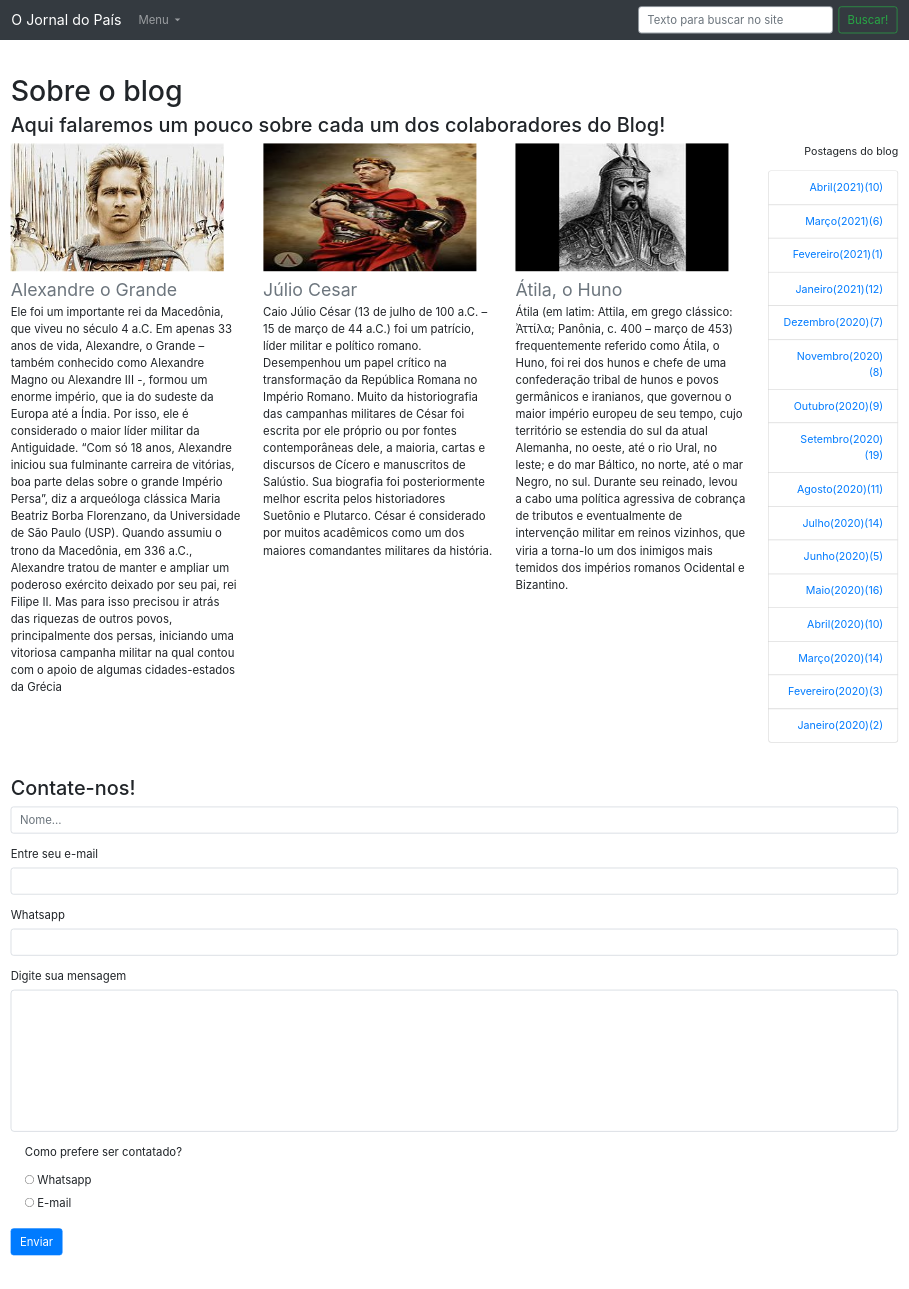
Repository: xhenrique/blog_layout_bootstrap
Page: source/sobre.html
An editor plug-in stored every save of this project. The page is shown before and after the next save, followed by the edit.
The browser window is 1280 px wide. The pictures show the whole page, at 71% of full size.

Above is the page before, as saved 2021-04-25 01:31:30.

After the next save:
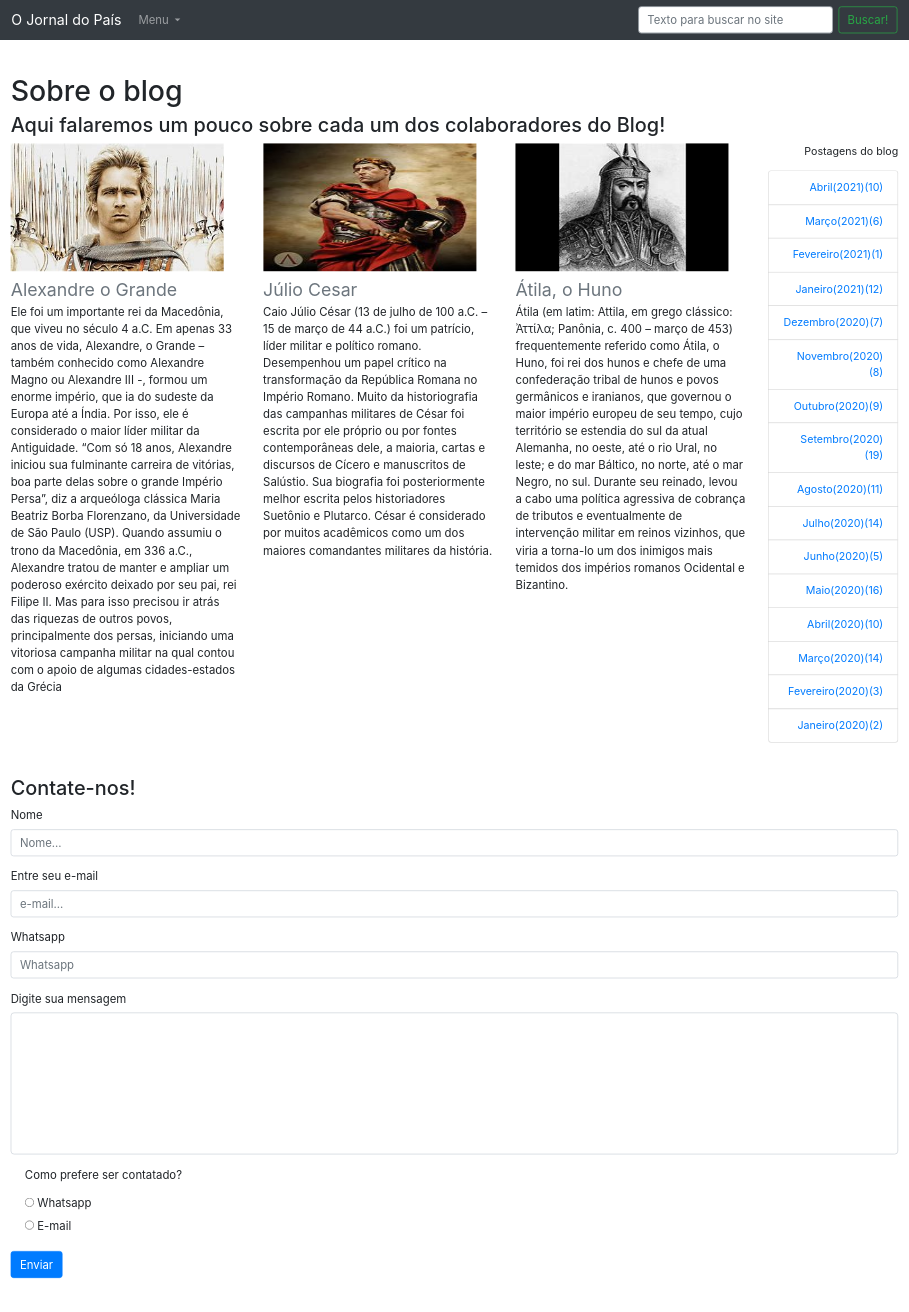
Saved 60 s later.
--- a/source/sobre.html
+++ b/source/sobre.html
@@ -107,15 +107,16 @@
                 Contate-nos!
             </h3>
             <div class="mb-3">
+                <label for="nameInput" class="form-label">Nome</label>
                 <input type="email" placeholder="Nome..." class="form-control" id="inputEmail" aria-describedby="emailHelp">
             </div>
             <div class="mb-3">
                 <label for="inputEmail" class="form-label">Entre seu e-mail</label>
-                <input type="email" class="form-control" id="inputEmail" aria-describedby="emailHelp">
+                <input type="email" placeholder="e-mail..." class="form-control" id="inputEmail" aria-describedby="emailHelp">
             </div>
               <div class="mb-3">
                 <label for="wppInput" class="form-label">Whatsapp</label>
-                <input type="text" class="form-control" id="wppInput">
+                <input type="text" placeholder="Whatsapp" class="form-control" id="wppInput">
               </div>
               <div class="mb-3">
                 <label for="msgInput" class="form-label">Digite sua mensagem</label>
